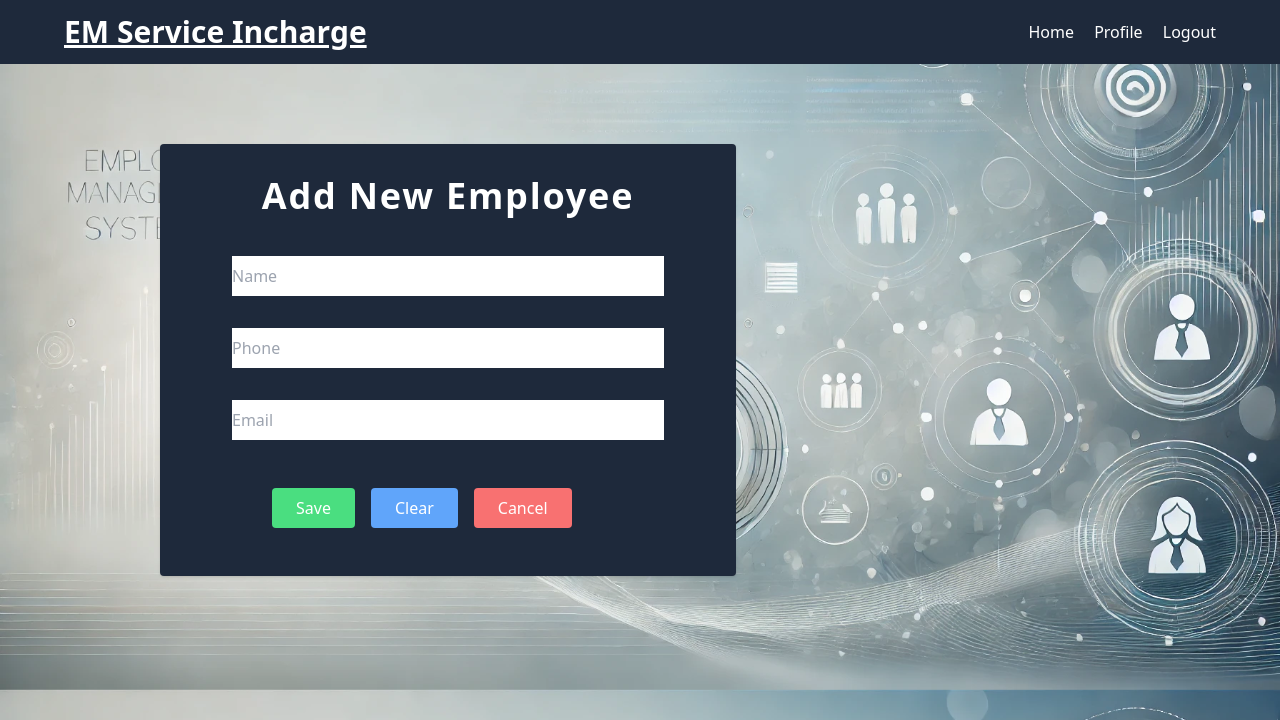
Repository: Vaibhav979/EmployeeManagement-Spring
Page: /addEmployee (app in em-project-view/)
An editor plug-in stored every save of this project. The page is shown before and after a run of saves, followed by the edit.
The browser window is 1280 px wide. The pictures show the whole page.
The project was rebuilt for these pictures with package versions that can differ from the ones it lists, and the page was loaded fresh each time. Also part of the build but not shown: em-project-view/vite.config.js, em-project-view/src/components/EmployeeList.jsx.

Above is the page before, as saved 2025-01-03 01:41:50.

After the next 2 saves:
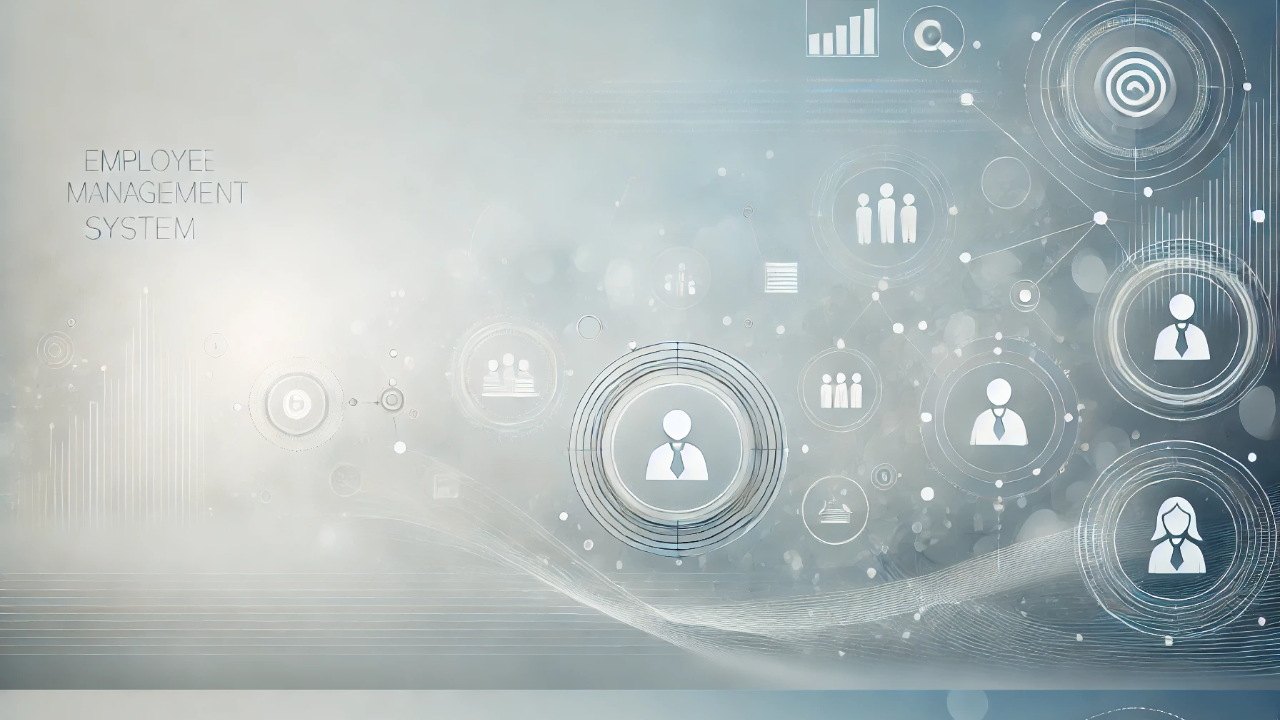
Console error: ReferenceError: e is not defined
The 2 saves are shown as one change because 1 did not build or start.
The last was saved 2 min 7 s later.
--- a/em-project-view/src/components/AddEmployee.jsx
+++ b/em-project-view/src/components/AddEmployee.jsx
@@ -27,6 +27,7 @@
           type="text"
           name="name"
           placeholder="Name"
+          onChange={(e)}
         />
         <input
           className="w-full py-2 my-4 text-slate-800"

After the 3 saves that followed:
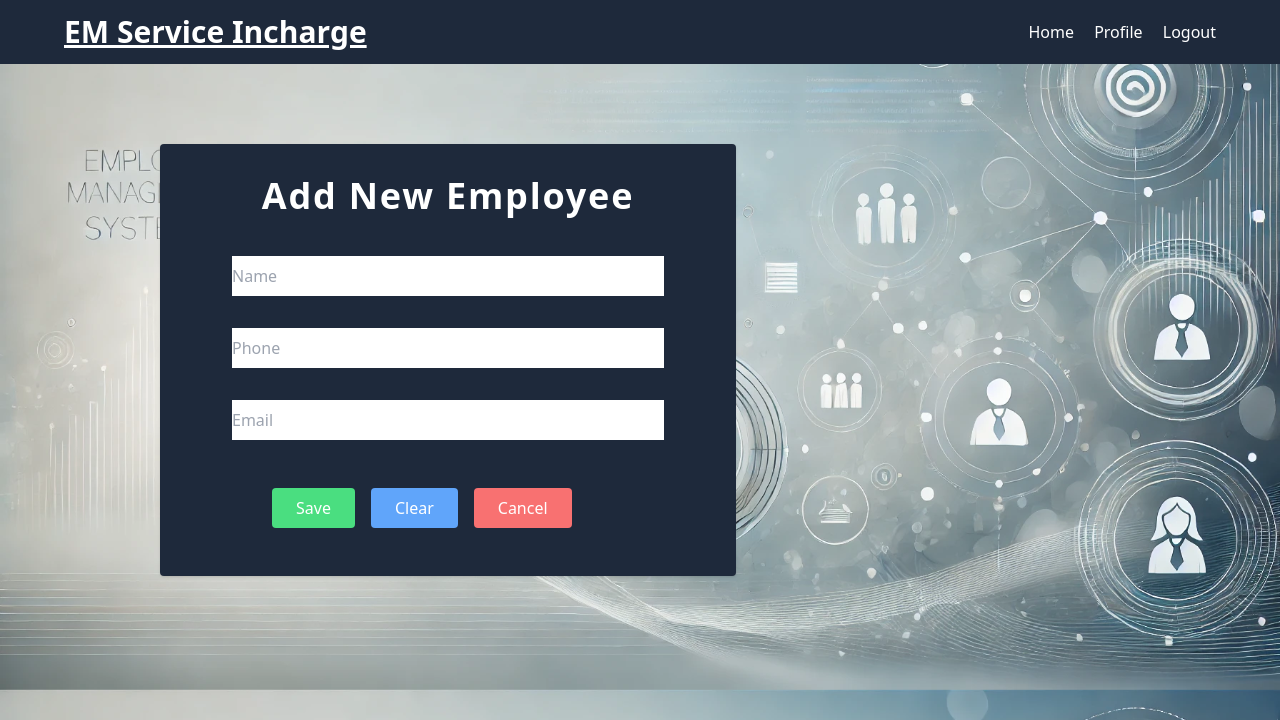
The error is gone.
The 3 saves are shown as one change because they came seconds apart.
The last was saved 8 s later.
--- a/em-project-view/src/components/AddEmployee.jsx
+++ b/em-project-view/src/components/AddEmployee.jsx
@@ -27,7 +27,7 @@
           type="text"
           name="name"
           placeholder="Name"
-          onChange={(e)}
+          onChange={(e)=> handleChange(e)}
         />
         <input
           className="w-full py-2 my-4 text-slate-800"
